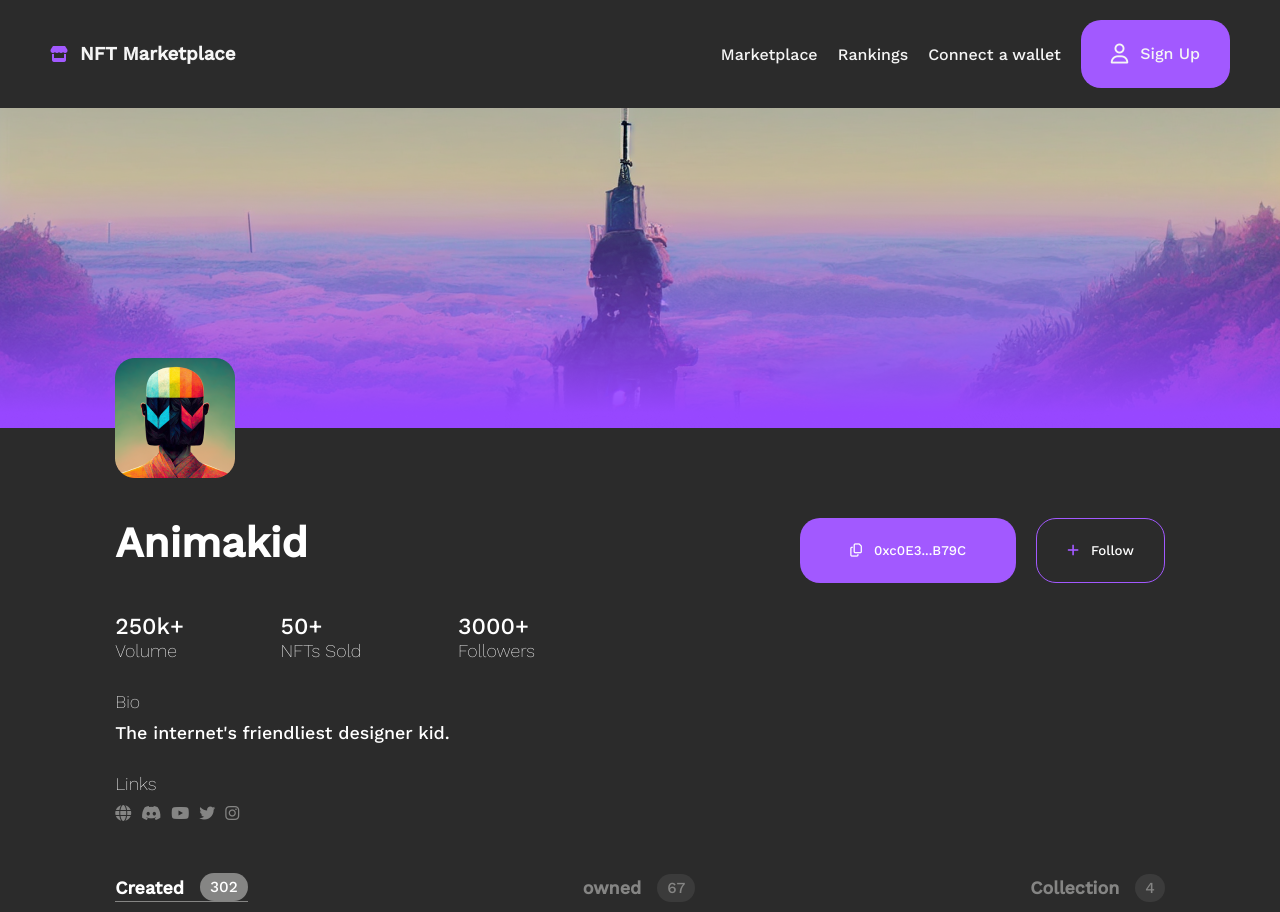
Repository: levananh202ht/NFT_Marketplace
Page: index.html
The author's editor kept a copy of each file at every save. The page is drawn from the files as they stood at one save, then again after the next save.
The browser window is 1280 px wide. The pictures show the whole page.

Above is the page before, as saved 2023-12-10 01:23:24.

After the next save:
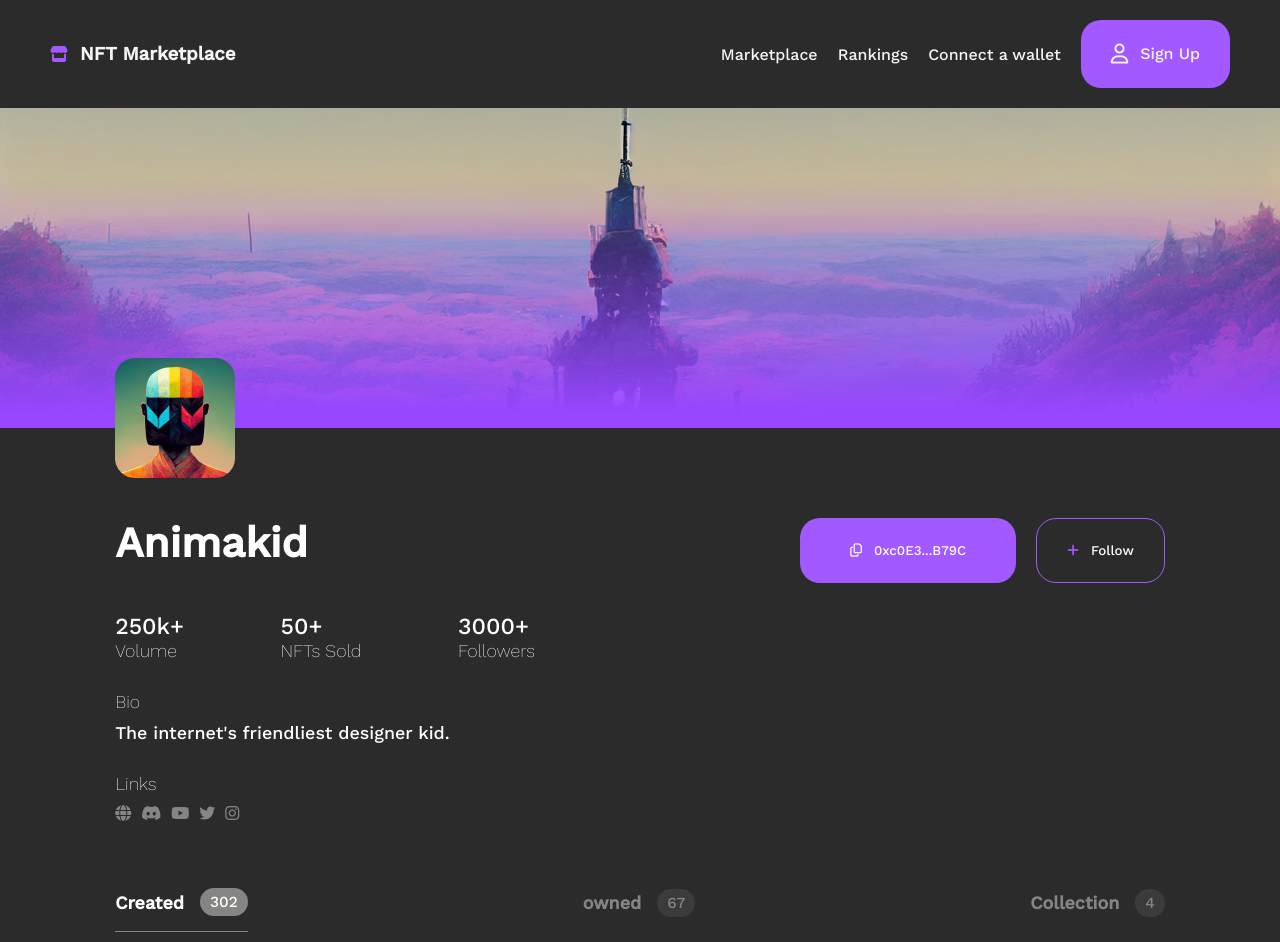
Saved 3 min 8 s later.
--- a/index.css
+++ b/index.css
@@ -185,6 +185,7 @@
 .nft_tab .nft_tab-1 {
     color: #fff;
     border-bottom: 1px solid #858584;
+    padding: 15px 0;
 }
 .nft_tab .nft_tab-1 p {
     background-color: #858584;
